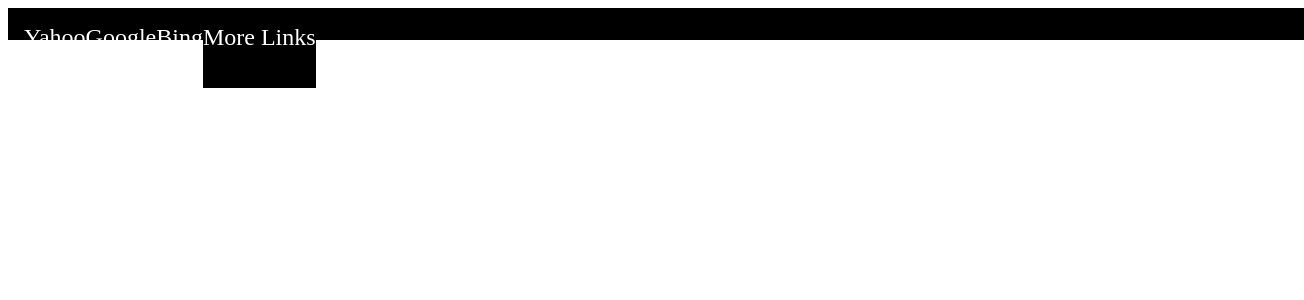
Repository: brody-toth/brody-toth.github.io
Page: index.html
The author's editor kept a record of every edit. The page is drawn from the files as they stood at one moment, then again after the next edit.
The browser window is 1280 px wide. The page is 1304 px wide, so the pictures cover 1304 px, including what lies to the right of the window. The pictures show the whole page.

Above is the page before.

After the next edit:
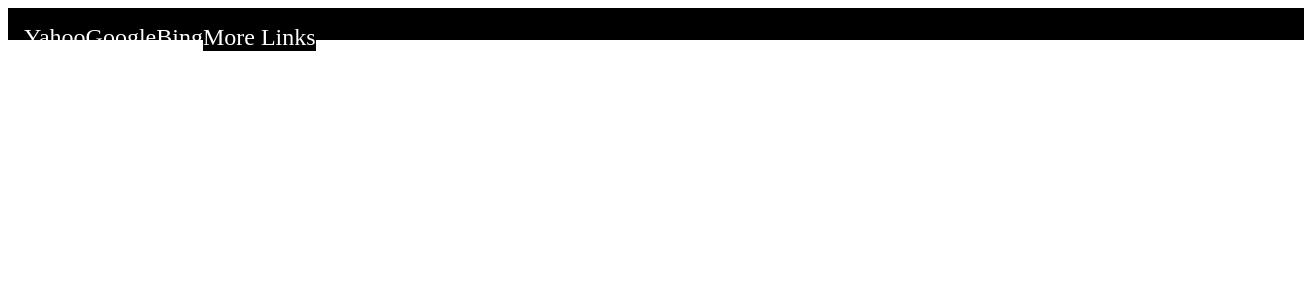
The edit:
--- a/index.html
+++ b/index.html
@@ -28,7 +28,6 @@
                 background-color: black;
                 color: white;
                 float: left;
-                height: 64px;
             }
 
             .navbar a, .morelinks{
